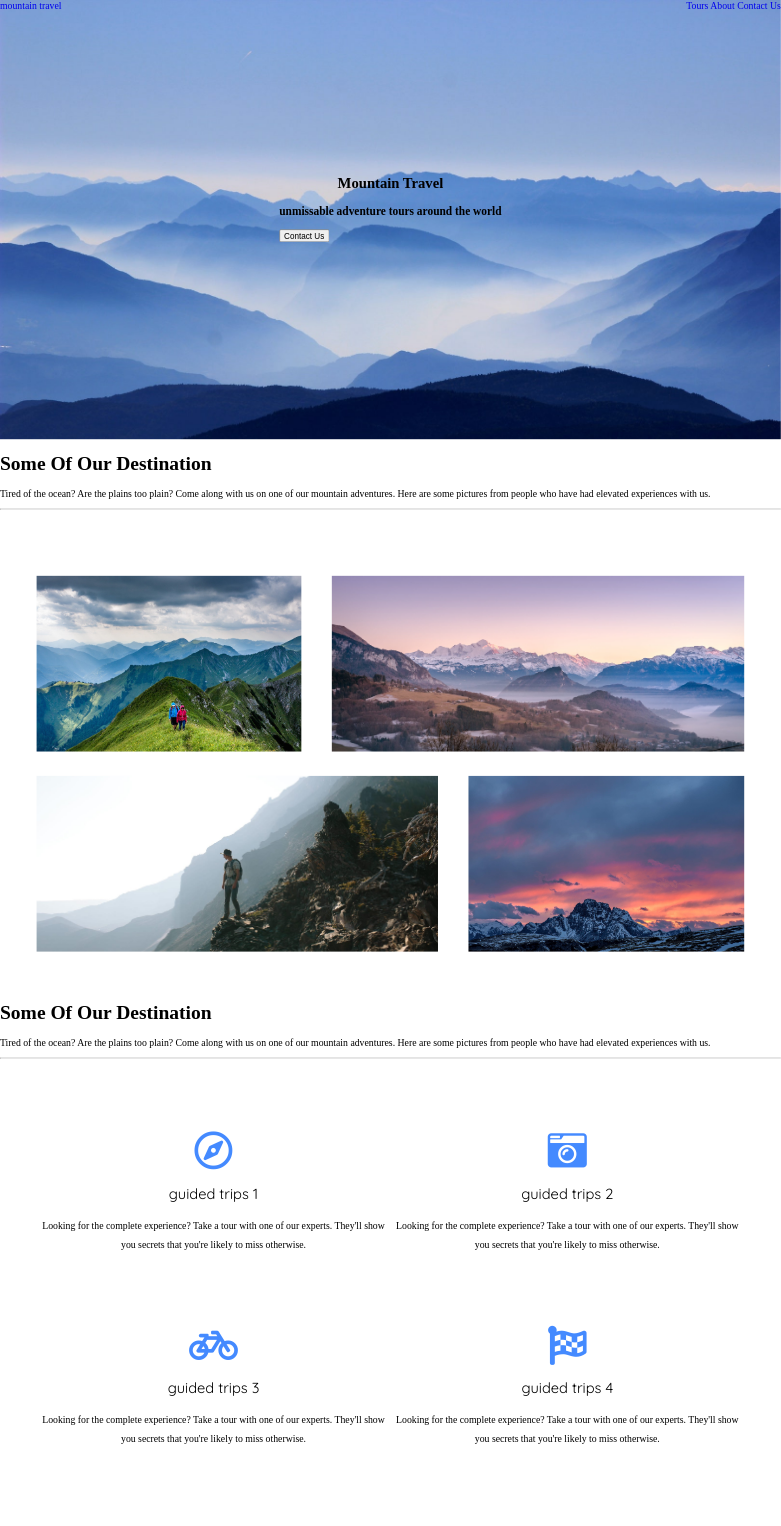
Repository: Einsteiniumeinsteinian/Advanced-CSS
Page: css-project-starter-code/index.html
These files come from the project's save history. The page is drawn as it stood at one moment and after the next save; the edit follows.
The browser window is 1280 px wide. The pictures show the whole page, at 61% of full size.
Some web libraries are served in a nearby version.

Above is the page before, as saved 2021-08-15 20:22:27.

### css-project-starter-code/index.html
<!DOCTYPE html>
<html>

<head>
  <meta charset="utf-8">
  <meta name="viewport" content="width=device-width, initial-scale=1">
  <title>Mountain Travel</title>
  <link rel="stylesheet" href="https://use.fontawesome.com/releases/v5.0.7/css/all.css">
  <link rel="preconnect" href="https://fonts.googleapis.com">
  <link rel="preconnect" href="https://fonts.gstatic.com" crossorigin>
  <link href="https://fonts.googleapis.com/css2?family=Quicksand:wght@600&display=swap" rel="stylesheet">
  <link href="https://fonts.googleapis.com/css?family=Open+Sans" rel="stylesheet">
  <link href="https://fonts.googleapis.com/css?family=Quicksand" rel="stylesheet">
  <link rel="stylesheet" href="assets/css/styles.css">
</head>

<body>
  <!-- Forked from a template on Tutorialzine: https://tutorialzine.com/2016/06/freebie-landing-page-template-with-flexbox -->
  <header>
    <nav>
      <a href="#"> mountain travel</a>
      <span class="nav-span">
        <a href="#"> Tours</a>
        <a href="#"> About</a>
        <a href="#"> Contact Us</a>
      </span>
    </nav>
    <div class="top-container">
      <div class="header-text-wrapping">
        <h2>Mountain Travel</h2>
        <h3>unmissable adventure tours around the world</h3>
        <button>Contact Us</button>
      </div>

    </div>
  </header>
  <div>
    <h1>
      Some Of Our Destination
    </h1>
    <p>
      Tired of the ocean? Are the plains too plain? Come along with us on one of our mountain adventures. Here are some
      pictures from people who have had elevated experiences with us.
    </p>
    <hr>
  </div>

  <section class="photo-section">
    <div class="photo-set-div">
      <img class="img" src="assets/img/mountain1.jpg" alt="">
      <img class="img img-2" src="assets/img/mountain2.jpg" alt="">
    </div>
    <div class="photo-set-div">
      <img class="img img-3" src="assets/img/mountain3.jpg" alt="">
      <img class="img" src="assets/img/mountain4.jpg" alt="">
    </div>
  </section>

  <div>
    <h1>
      Some Of Our Destination
    </h1>
    <p>
      Tired of the ocean? Are the plains too plain? Come along with us on one of our mountain adventures. Here are some
      pictures from people who have had elevated experiences with us.
    </p>
    <hr>
  </div>

  <!--* Packkage Section -->
  <section class="package-section">
    <div class="package-set">
      <div class="package">
<i class="far fa-compass"></i>
        <h1>
          guided trips 1
        </h1>
        <p>Looking for the complete experience? Take a tour with one of our experts. They'll show you secrets that you're likely to
        miss otherwise.</p>
      </div>
        <div class="package">
          <i class="fas fa-camera-retro"></i>
          <h1>
            guided trips 2
          </h1>
          <p>Looking for the complete experience? Take a tour with one of our experts. They'll show you secrets that you're
            likely to
            miss otherwise.</p>
        </div>
    </div>
      <div class="package-set">
        <div class="package">
          <i class="fas fa-bicycle"></i>
          <h1>
            guided trips 3
          </h1>
          <p>Looking for the complete experience? Take a tour with one of our experts. They'll show you secrets that you're
            likely to
            miss otherwise.</p>
        </div>
          <div class="package">
            <i class="fas fa-flag-checkered"></i>
            <h1>
              guided trips 4
            </h1>
            <p>Looking for the complete experience? Take a tour with one of our experts. They'll show you secrets that you're
              likely to
              miss otherwise.</p>
          </div>
      </div>
  </section>
</body>

</html>

### css-project-starter-code/assets/css/styles.css
body{
    margin: 0;
    /* font-family: ; */
}
header{
  /* display: flex; */
  background-image: url('../img/main.jpg');
  background-repeat: no-repeat;
background-size: cover;
    min-height: 100vh;
}
nav{
    display: flex;
    justify-content: space-between;
    min-height: 30vh;
}
.top-container{
    margin-top: 10vh;
    display: flex;
    flex-direction: column;
    justify-content: center;
    align-items: center;
}
h2{
    margin-top: 0;
   text-align: center;
}
a{
    text-decoration: none;
}

/** Photo Section */
.photo-section{
    padding: 60px;
    display: flex;
    flex-direction: column;
}
.photo-set-div{
    margin-top: 40px;
    flex-grow: 1;
    display: flex;
    height: 40vh;
    flex-basis: 100px;
}

.img{
    min-width: 0;
flex-basis: 400px;
flex-grow: 1;
  object-fit: cover;
}
.img-2{
    margin-left: 50px;
    flex-grow: 8;
}
.img-3{
    margin-right: 50px;
    flex-grow: 5;
}

/** Packages */
.package-section{
    padding: 60px;
}
.package-set{
    display: flex;
}
.package{
    text-align: center;
    line-height: 2em;
    margin-top: 50px;
    margin-bottom: 50px;
}
.package > h1{
    font-family: 'Quicksand', sans-serif;

    font-weight: 500;
}
i{
    font-size: 4em;
    color: #448AFF;
}

After the next save:
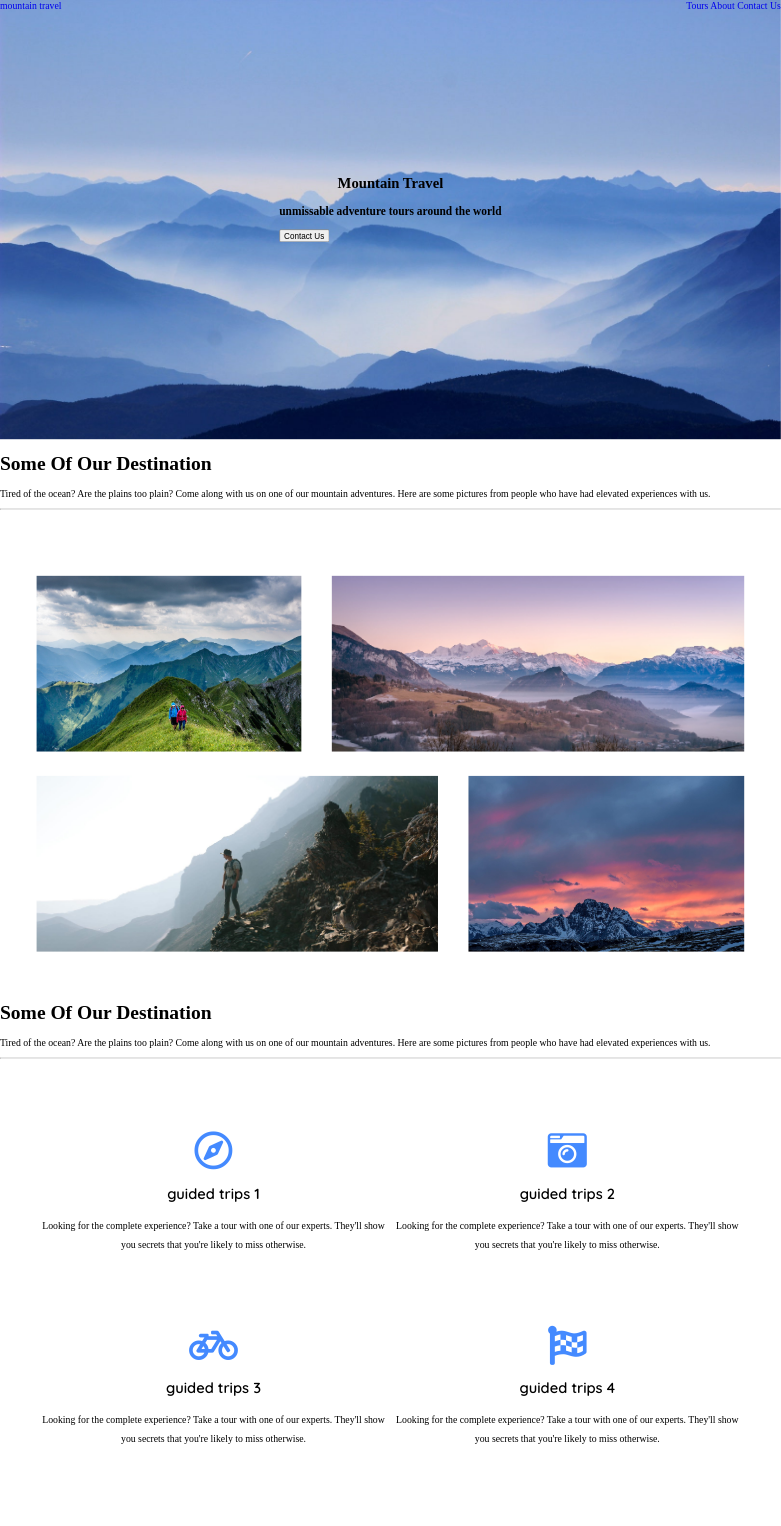
Saved 4 s later.
--- a/css-project-starter-code/index.html
+++ b/css-project-starter-code/index.html
@@ -10,7 +10,6 @@
   <link rel="preconnect" href="https://fonts.gstatic.com" crossorigin>
   <link href="https://fonts.googleapis.com/css2?family=Quicksand:wght@600&display=swap" rel="stylesheet">
   <link href="https://fonts.googleapis.com/css?family=Open+Sans" rel="stylesheet">
-  <link href="https://fonts.googleapis.com/css?family=Quicksand" rel="stylesheet">
   <link rel="stylesheet" href="assets/css/styles.css">
 </head>
 
